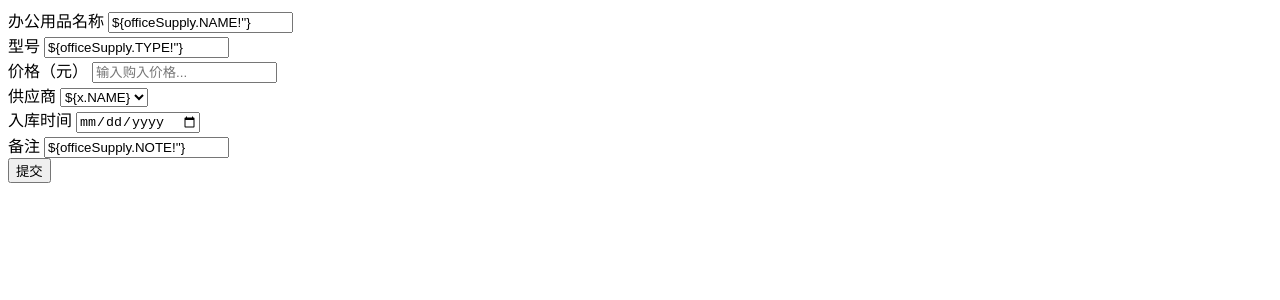
Repository: GaoChengliang/summerTask
Page: Campus_gcl/WebRoot/asset_management/office_supply/_form.html
An editor plug-in stored every save of this project. The page is shown before and after the next save, followed by the edit.
The browser window is 1280 px wide. The pictures show the whole page.

Above is the page before, as saved 2015-07-28 07:00:10.

### Campus_gcl/WebRoot/asset_management/office_supply/_form.html
<!--<fieldset>-->
<!--<legend>创建Blog</legend>-->
<input type="hidden" name="officeSupply.ID" value="${officeSupply.ID!''}"/>
<input type="hidden" name="officeSupply.IS_OUT" value="0"/>
<div class="form-group">
  <label>办公用品名称</label>
  <input placeholder="输入办公用品名称..." class="form-control" type="text" name="officeSupply.NAME" value="${officeSupply.NAME!''}" required ="true" />
</div>

<div class="form-group">
  <label>型号</label>
   <input placeholder="输入型号..." class="form-control" type="text" name="officeSupply.TYPE" value="${officeSupply.TYPE!''}"  required ="true" />
</div>

<div class="form-group">
  <label>价格（元）</label>
   <input placeholder="输入购入价格..." class="form-control" type="number" name="officeSupply.PRIZE" value="${officeSupply.PRIZE!''}" required = "true"/>
</div>

<div class="form-group">
  <label>供应商</label>
  <select class="form-control" name="officeSupply.SUPPLIER_ID" required = "true"}">
  <%for(x in suppliersList){ %>
  	<option value="${x.ID}">${x.NAME}</option>
  <%}%>
</select>

</div>

<div class="form-group">
  <label>入库时间</label>
   <input placeholder="输入物品入库时间..." class="form-control" type="date" name="officeSupply.IN_TIME" value="${officeSupply.IN_TIME!''}"  required ="true" />
</div>

<div class="form-group">
  <label>备注</label>
   <input placeholder="输入备注..." class="form-control" type="text" name="officeSupply.NOTE" value="${officeSupply.NOTE!''}"/>
</div>
<button class="btn btn-info" type="submit">提交</button>
<!--</fieldset>-->

After the next save:
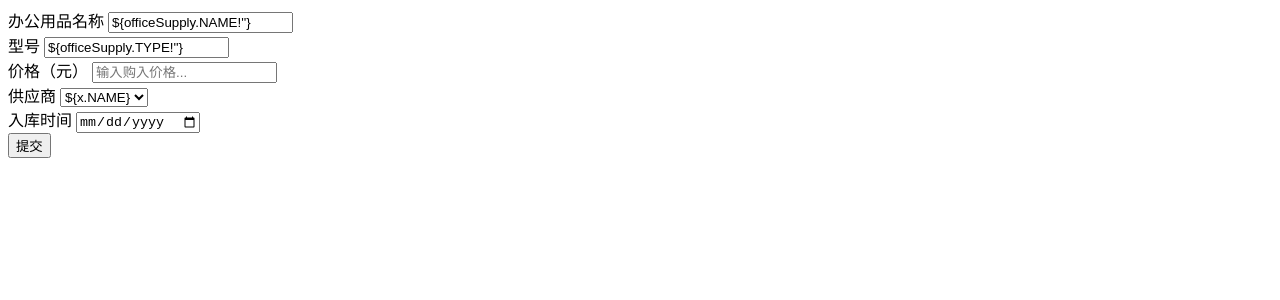
Saved 26 s later.
--- a/Campus_gcl/WebRoot/asset_management/office_supply/_form.html
+++ b/Campus_gcl/WebRoot/asset_management/office_supply/_form.html
@@ -32,9 +32,5 @@
    <input placeholder="输入物品入库时间..." class="form-control" type="date" name="officeSupply.IN_TIME" value="${officeSupply.IN_TIME!''}"  required ="true" />
 </div>
 
-<div class="form-group">
-  <label>备注</label>
-   <input placeholder="输入备注..." class="form-control" type="text" name="officeSupply.NOTE" value="${officeSupply.NOTE!''}"/>
-</div>
 <button class="btn btn-info" type="submit">提交</button>
 <!--</fieldset>-->
